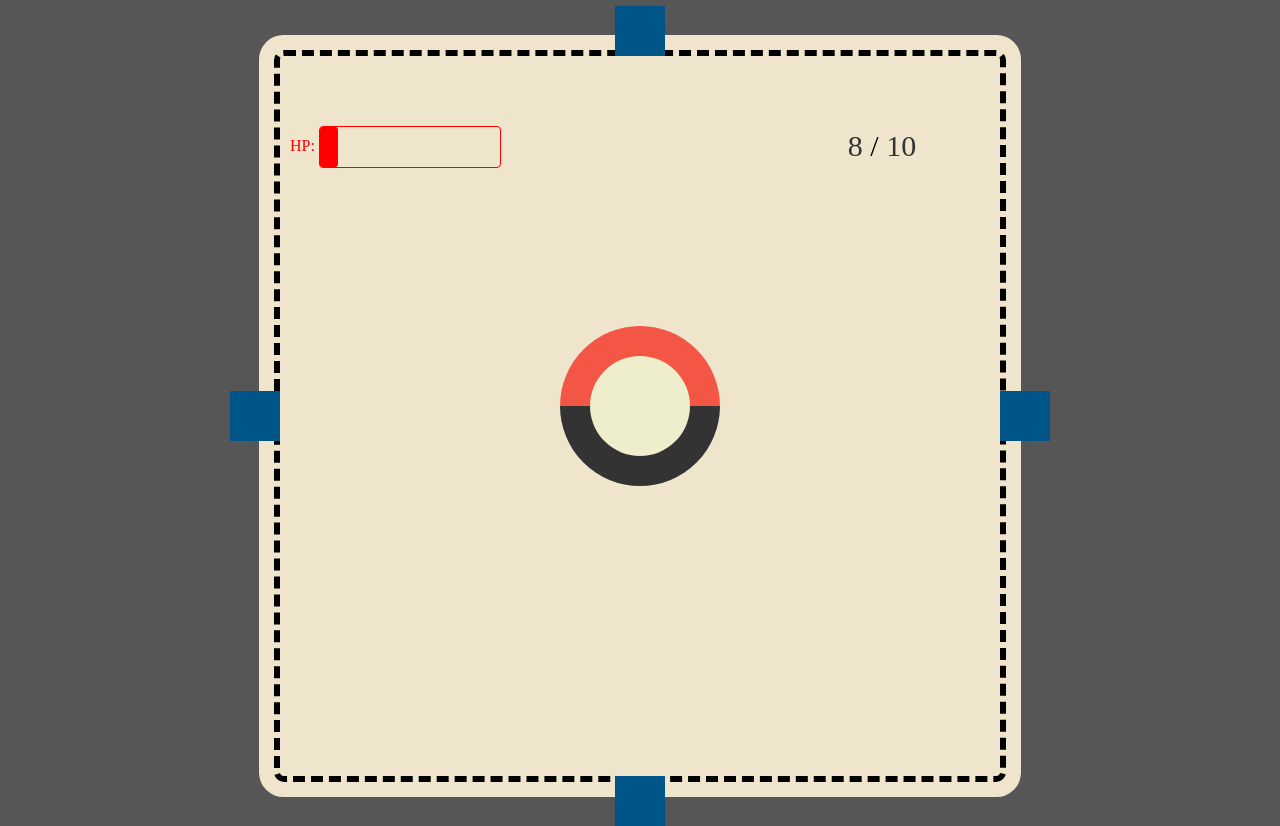
Repository: EEETA/ball-game
Page: theBall2/index.html
The author's editor kept a copy of each file at every save. The page is drawn from the files as they stood at one save, then again after the next save.
The browser window is 1280 px wide. The pictures show the whole page.
After loading, the first visible `button.start` was clicked once.

Above is the page before, as saved 2018-08-03 16:44:57.

### theBall2/index.html
<!DOCTYPE html>
<html lang="en">
<head>
    <meta charset="UTF-8">
    <title>theBall</title>
	<link rel="stylesheet" href="style/index.css">
    <script src="js/jquery-1.8.3.min.js"></script>
	<script src="js/jquery.rotate.min.js"></script>
</head>
<body>
    <section class="box">
        <!-- 旋转div -->
        <section class="ball ballZhuan">
            <div class="redPart_box">
                <div class="redPart"></div>
            </div>
            <div class="blackPart_box">
                <div class="blackPart"></div>
            </div>
            <div class="middlePart"></div>
        </section>
        <div class="ball2"></div>

        <section class="idx_pattern">
            <!-- 主界面-游戏模式 -->
        </section>
        <section class="idx_intro">
            <!-- 主界面-游戏玩法 -->
        </section>

        <section class="game_mask">
        <!-- 游戏界面-娱乐模式遮罩提示层 -->
        </section>
        <div class="arrow">
            <!-- 升级效果 -->
        </div>
        <section class="game_shootBox">
            <!-- 游戏界面-小球发射台 -->
        </section>
        <section class="game_fraction">
            <!-- 游戏界面-分数血量显示 -->
        </section>
        <section class="game_hanlder">
            <!-- 游戏界面-结束模块 -->
        </section>
    </div>

    <script src="data/data.js"></script>
    <script>
        const patternLen = pattern.length;
        const idxPattern = document.querySelector('.idx_pattern');
        const idxIntro = document.querySelector('.idx_intro');
        const gameShootBox = document.querySelector('.game_shootBox');
        const gameFraction = document.querySelector('.game_fraction');
        const gameHanlder = document.querySelector('.game_hanlder');
        const gameMask = document.querySelector('.game_mask');
        var my=[];
        /*主界面-游戏模式*/
        for(var i=0;i<patternLen;i++){
            let idxPatternMain=`<div class="playWrap">
                                    <div class="playTit"> ${pattern[i].patternName} </div>
                                    <div class="playIntroduce">
                                        <div class="playIntroduceTxt">1.通关条件 <span style="color:#EE8E4E"> ${pattern[i].explain.condition} </span></div>
                                        <div class="playIntroduceTxt">2. ${pattern[i].explain.produce} </div>
                                    </div>
                                    <button class="start">START</button>
                                </div>`
            idxPattern.innerHTML+=idxPatternMain;
        }
        /*主界面-游戏玩法*/
        let produceTxt=`<div class="introTxt">
                            <div>
                                1.按空格键/AD可旋转 <img src="img/img1.png" alt="" class="sizeOne">
                            </div>
                            <div>
                                2.当<img src="img/img2.png" alt="" class="sizeOne">掉落时,根据模式将 <img src="img/img1.png" alt="" class="sizeOne"> 旋转到对应的颜色即可得1分,反之<span style="color:red">HP-1</span>
                            </div>
                            <div>
                                3.进入游戏后，每个玩家血量为5,右上角为分数面板 <img src="img/img3.png" alt="" class="sizeTwo"> 左侧为当前分数,右侧为当前关卡上限,分数达到上限即可进入下一关
                            </div>
                        </div>
                        <button class="introTxtBtn">游戏玩法</button>`
        idxIntro.innerHTML=produceTxt;



        /*游戏界面-小球发射台*/
        let gameShootBoxMain=`  <div class="launcher launT">

                                </div>
                                <div class="launcher launB">

                                </div>
                                <div class="launcher launL">

                                </div>
                                <div class="launcher launR">

                                </div>`
        gameShootBox.innerHTML+=gameShootBoxMain;

        /*游戏界面-小球发射台*/
        // let gameShootBoxMain=`<div class="top div_middle">
        //                             <div class="div_middle"></div>
        //                         </div>
        //                         <div class="bottom div_middle">
        //                             <div class="div_middle"></div>
        //                         </div>
        //                         <div class="left div_middle">
        //                             <div class="div_middle"></div>
        //                         </div>
        //                         <div class="right div_middle">
        //                             <div class="div_middle"></div>
        //                         </div>`
        // gameShootBox.innerHTML+=gameShootBoxMain;


        /*游戏界面-分数血量显示*/
        let gameFractionMain=`<div class="life">HP:
                                    <div class="hp_div">
                                        <div class="hp_div_main"></div>
                                    </div>
                                </div>
                                <div class="fraction">
                                    <span class="fraction_left"></span>
                                    /
                                    <span class="fraction_right"></span>
                                </div>`
        gameFraction.innerHTML=gameFractionMain;
        /*游戏界面-结束模块*/
        let gameHanlderMain=`<div class="interface">
                                <div class="over">Game Over</div>
                                <div class="success">成功通关</div>
                            </div>
                            <div class="button_box">
                                <button class="button_left">再玩一次</button>
                                <button class="button_right">返回大厅</button>
                            </div>`
        gameHanlder.innerHTML=gameHanlderMain;
        /*游戏界面-娱乐模式遮罩提示层*/
        let gameMaskMain=`<div class="Mask_span">
                                <span>按A键向左转</span>
                                <span>按D键向右转</span>
                            </div>
                            <span class="Mask_p">- 按空格键继续 -</span>`
        gameMask.innerHTML=gameMaskMain;
    </script>
    <script src="js/index.js"></script>
    <script src="js/animation.js"></script>
</body>
</html>

### theBall2/style/index.css
@charset "UTF-8";
html{background: #565656;}
body{-webkit-user-select:none;-moz-user-select:none;-ms-user-select:none; user-select:none;}
input{border: none;outline: none;-webkit-tap-highlight-color: #000000;-webkit-tap-highlight-color: rgba(0, 0, 0, 0);}
button{outline: none;}

.box{
    position: relative;
    margin: 50px auto 0;
    /* overflow: hidden; */
    width: 1080px;
    height: 720px;
    background: #eee5cc;
    border: 6px dashed #000;
    box-shadow: 0 0 0 15px #eee5cc;
    border-radius: 10px;
}
/*两种小球制作*/
.ball{
    position: relative;
    width: 160px;
    height: 160px;
    margin:60px auto 0;
    /* transform:rotate(0deg);
    -ms-transform:rotate(0deg);
    -moz-transform:rotate(0deg);
    -webkit-transform:rotate(0deg);
    -o-transform:rotate(0deg); */
    opacity:1
}
.redPart_box,.blackPart_box{
    height: 50%;
    overflow:hidden;
}
.redPart,.blackPart{
    position: relative;
    height: 160px;
    width: 160px;
    border-radius:50%
}
.redPart{background: #f45646;}
.blackPart{background: #333;top:-100%}
/* .redPart{background: #ff9b9b;}
.blackPart{background: #2aa1a7;top:-100%} */
.middlePart{
    position: absolute;
    left: 30px;
    top: 30px;
    width: 100px;
    height:100px;
    border-radius: 50%;
    background:#eec;
}
.ballZhuan{
    animation-name:rotate;
    animation-iteration-count: infinite;
    animation-duration: 4s;
    animation-timing-function: linear;
}
@keyframes rotate{
    0%{
        transform:rotate(0deg)
    }
    100%{
         transform:rotate(360deg)
    }
}


.ball2{
    width: 0;
    height: 0;
    border-top:20px solid #f45646;
    border-bottom: 20px solid #333;
    border-left:20px solid #efa97a;
    border-right:20px solid #6dd3ce;
    border-width: 86px;
    position: absolute;
    top: calc(50% - 90px);
    left: calc(50% - 85px);
    opacity: 0;
    /* z-index: 10;
    transform:rotate(0deg); */
    border-radius: 50%;
}

/*小球发射*/
.launcher{
    position: absolute;
    margin: 0 auto;
    width: 50px;
    height: 50px;
    background: #058;
}
.launT{left: 0;right: 0;top: -50px;}
.launB{left: 0;right: 0;bottom: -50px;}
.launL{top: 50%;margin-top: -25px;left: -50px}
.launR{top: 50%;margin-top: -25px;right: -50px}
.launchBall{
    position: absolute;
    width: 100%;
    height:100%;
    background:#f45646;
    border-radius: 50%;
}


/*成功击中扩散动画*/
.ball_middle{
    height: 75px;
    width:75px;
    border-radius: 50%;
    background: #333;
    opacity:0.5;
    position: absolute;
    top: calc(50% - 37px);
    left:calc(50% - 37px);
}

.game_fraction{
    width: 100%;
    height: 80px;
    top:50px;
    position: absolute;
    display: none;
}
.life{width: 60%;height: 100%;display: inline-block;line-height: 80px;text-indent: 10px;color:#f00;}
.fraction{width: 30%;height: 100%;text-align: center;line-height: 80px;float: right;margin-right: 10px;font-size: 30px;}
.fraction span{color:#333;}
.firworks{width: 4px;height: 4px;position: absolute;border-radius: 50%}
.over,.success{position: absolute;top:43%;font-size: 60px;opacity:0;z-index: 30;width: 100%;text-align: center;}
.arrow{height: 300px;width: 500px;position: absolute;top: calc(50% - 150px);left: calc(50% - 250px);}
.arrow span{font-size: 30px;color: #333;position: absolute;left: calc(50% - 145px);top: 150px;opacity: 0;height: 100px;width: 300px;text-align: center;}
 .img{height:80px;width: 30px;position: absolute;}



.button_box{
    position: absolute;
    left:0;
    right:0;
    bottom:45px;
    margin:0 auto;
    width: 380px;
    display: none;
    opacity: 0;
}
.button_left,.button_right{
    height: 46px;
    width: 150px;
    background:#333;
    border-radius:3px;
    font-size: 24px;
    color:#fff;
    cursor:pointer;
    border:none;
}
.button_left:hover,.button_right:hover{background: #f45646;}
.button_left{float:left;}
.button_right{float:right;}


/************************************游戏玩法***********************************/
.introTxtBtn{
    position: absolute;
    bottom: 34px;
    font-size: 20px;
    cursor:pointer;
    z-index: 1000;
    left: calc(50% - 50px);
    height: 40px;
    width: 100px;
    text-align: center;
    line-height: 40px
}
.introTxtBtn:hover{
    background: #333;
    color: #fff;
}
.introTxt{
    width: 500px;
    height: 530px;
    left: calc(50% - 250px);
    top: calc(50% - 300px);
    line-height: 40px;
    background: #fff;
    border-radius: 5px;
    display: none;
    z-index: 1001;
    position: absolute;
}
.sizeOne,.sizeTwo{
    position:relative;
    top: 10px;
}
.sizeOne{width: 40px;}
.sizeTwo{width: 80px;}
.introTxt div{margin:30px auto;width: 90%;font-size: 24px}
.introTxt p{display: inline-block;}



.hp_div{display: inline-block;width: 180px;height: 40px;border:1px solid red;vertical-align:middle;border-radius: 4px;}
.hp_div_main{height: 100%;width: 100%;background: red;border-radius: 3px;}


.game_mask{
    display: none;
    position: absolute;
    width: 100%;
    height: 100%;
    top: 0;
    left: 0;
    background: rgba(51,51,51,.5);
    font-size: 30px;
    color: #fff;
    z-index: 1;
}
.Mask_span{
    position: absolute;
    top:calc(50% - 100px);
    opacity: 1;
    width: 100%;
    text-align: center;
    line-height: 100px;
}
.Mask_span span{
    display: block;
}
.Mask_p {
    position: absolute;
    bottom: 150px;
    width: 100%;
    text-align: center;
    font-size:40px;
    color: #000;
    animation-name:opacity;
    animation-iteration-count: infinite;
    animation-duration: 1.8s;
}
@keyframes opacity{
    0%{
        opacity:0
    }
    50%{
        opacity: 1
    }
    100%{
        opacity:0
    }
}


/*playFour*/
.idx_pattern{
    overflow:auto;
    position: relative;
    margin: 0 auto;
    width: 90%;
    margin-top: 90px;
}
.playWrap{
    overflow: hidden;
    position: relative;
    float:left;
    width: 32%;
    height: 280px;
    background:#fff;
    color:#333;
    border-top: 30px solid;
}
.playWrap:nth-child(2){margin: 0 2%;}
.playWrap:hover{
    background: rgba(255,255,255,.7)
}
.playTit{
    /* width: 100%; */
    border-bottom: 1px solid #000;
    font-size: 24px;
    line-height: 50px;
    text-indent: 10px;
}
.playIntroduce{
    font-size: 18px;
    text-align: left;
    line-height: 30px;
    margin: 0 auto;
    width: 94%;
}
.start{
    position:absolute;
    bottom:0;
    left:0;
    right:0;
    width: 200px;
    height: 46px;
    background: #EE8E4E;
    color: #fff;
    outline: none;
    margin: 0 auto 20px;
    cursor: pointer;
    border: none;
}
.start:hover{background: rgba(51,51,51,1)}

### theBall2/data/data.js

/*
patternName：模式名称
explain：游戏说明
condition：过关条件
produce：关卡介绍
tip：其他
*/
var pattern=[
    {
        patternName:'标准模式',
        explain:{
            condition:'100分',
            produce:'关卡为5个，得满100分即为通关',
            tip:''
        }
    },
    {
        patternName:'颠倒模式',
        explain:{
            condition:'60分',
            produce:'关卡为3个，小球撞击位置需与发球相反，游戏难度随得分增加',
            tip:''
        }
    },
    {
        patternName:'娱乐模式',
        explain:{
            condition:'无',
            produce:'关卡不限，游戏难度随得分增加',
            tip:''
        }
    }
]
var gameInit=[
    {
        hp:1,
        hp_box:10,
        fraction:0,
        toplimit:10,

    }
]
// var gameHanlder={
//     gameOver="Game Over",
//     gameSuccess="游戏通关",
// }

### theBall2/js/index.js



var time=new Date();/*时间差*/
var numList,
background,
hp,/*给予血量*/
hp_box,/*总血量*/
fail_hp,/*当前血量*/
fractionNow,/*现有得分*/
fractionNeed,/*升级需要得分*/
speed,
delayed,
direction,
interval,
negative,
numbox,
numList=0;
negative=0;
delayed=0;
interval=300;

const idxW=1080;/*主界面宽高*/
const idxH=720;
const gameW=720;/*游戏宽高*/
const gameH=720;
const ballFour=['#f45646','#333','#efa97a','#6dd3ce'];/*小球颜色*/

let patternNow;/*当前模式*/
let launchNum=2;/*默认发球为两个*/
let degree=-180;/*每次旋转的度数*/
let visited=false;/*是否进入过娱乐模式*/
let box=$('.ball');


const start=document.querySelectorAll('.start');


window.onload=function(){
    $('.ball').addClass("ballZhuan");
    $(".introTxtBtn").mouseover(function(){$('.introTxt').stop().fadeIn(400);})
	$(".introTxtBtn").mouseout(function(){$('.introTxt').stop().fadeOut(400);})
    choose();
}

function choose(){//进入对应模式
	for(let i=0;i<start.length;i++){
        start[i].onclick=function(){
            $('.idx_pattern').fadeOut(300);
            $('.introTxtBtn').fadeOut(300);
            patternNow=i;/*存储模式*/
            initInfo(patternNow);


            /*小球位置及角度就绪*/
            // $('.ball').animate({top:'210px'},500,function(){
            //     $(this).removeClass("ballZhuan");
            //     if(patternNow!=2){
            //         $(this).rotate({animateTo:-180,duration:600});/*这一步尤为重要，得分是在-180°上去迭代完成的，角度不转会十分生硬*/
            //         numList=-180;
            //         setTimeout(function(){
            //             appendball(patternNow);
            //         },1200)
            //     }
            //     else if(patternNow==2){
            //         rotate_transition(".ball",".ball2");
            //         if(!visited){
            //             $('.game_mask').fadeIn(300);
            //         }else{
            //             setTimeout(function(){
            //                 appendball(patternNow);
            //             },1200)
            //         }
            //     }
            // })
        }
	}
}

function initInfo(patternNow){
    hp=1;
    hp_box=10;
    fail_hp=hp*100/hp_box;
    fractionNow=8;
    if(!patternNow){fractionNeed=10;}
    else{fractionNeed="∞";}
    speed=1400;

    /*颠倒模式互换颜色*/
	if(patternNow==1){
		$('.redPart').css('background','#333');
		$('.blackPart').css('background','#f45646');
    }

	if(patternNow==2){
		speed=2000;
	    numList=-360;
	    launchNum=4;
	    degree=-90;
		// delayed=1100;
	}
	if(patternNow==2&&visited==true){
		box.rotate({
            animateTo:degree,
            duration:450,
        });
	}
    $('.fraction_left').html(fractionNow);
    $('.fraction_right').html(fractionNeed);
    $('.hp_div_main').animate({width:fail_hp+"%"});

    box_animation(gameW,gameH,500);
    $('.game_fraction').fadeIn(500);

    $('.ball').animate({top:'210px'},500,function(){
        $(this).removeClass("ballZhuan");

    })
}

/*关卡设置*/
// function levelUp(patternNow){
// 	if(patternNow==0 || patternNow==2){
// 		if(fractionNow%10==0){
// 	        callarrow("速度加快");
// 			speed-=100;
// 	        delayed=1100;
// 		}
// 	}
// 	if(patternNow==1){
// 		if(fractionNow==10){
// 	        callarrow("速度加快");
// 	        speed-=200;
// 	        fractionNeed=30;
// 	        delayed=1100;
// 		}
// 	    if(fractionNow==30){
// 	        callarrow("lalala");
// 	        speed-=100;
// 	        fractionNeed=50;
// 	        delayed=1100;
// 	    }
// 	}
// }

function appendball(patternNow){  //生成小球
    if(hp<=0){
        $('.over').animate({opacity:1},600,function(){
            $('.button_box').css('display','block');
            $('.button_box').animate({opacity:1},800)});
        return;
    }
	if(patternNow==1&&fractionNow==50){
        $('.success').animate({opacity:1},600,function(){
	            $('.button_box').css('display','block')
	            $('.button_box').animate({opacity:1},800)
	        });
	    return;
    }
    if(patternNow==2){
	    box=$('.ball2');
	    return;
    }

	// levelUp(patternNow);
    // $('.fraction_right').html(fractionNeed);
    /*需要两个控制随机，否则发球颜色和发射器顺序会固定*/
    let chooseColor=parseInt(Math.random()*launchNum);/*随机选择颜色*/
    let chooseBox=parseInt(Math.random()*launchNum);/*随机放到各发射器中*/

    $('<div class="launchBall" style="background:'+ballFour[chooseColor]+';"></div>').appendTo($('.launcher')[chooseBox]);
    var this_ball=$('.launchBall');
    setTimeout(function(){ballmove(this_ball,chooseBox,patternNow)},delayed);
}

/*小球运动*/
function ballmove(this_ball,box_num,patternNow){
    delayed=0;
    box_num < 2 ? (box_num==0 ? range=350 : range=-350) : (box_num==2 ? range=350 : range=-350);
    box_num < 2 ? direction='top' : direction='left';
    this_ball.animate(
        {[direction]:""+range+"px"},
        {duration:speed,
         easing:'linear',    // easing:'linear' 匀速直线运动
            progress:function(){
                var this_height=Math.floor($(this).offset().top)+$(this).height();
                var this_width=Math.floor($(this).offset().left)+$(this).width();
                var box_top=box.offset().top;
                var box_left=box.offset().left;
                var box_height=box.offset().top+box.height();
                var box_width=box.offset().left+box.width();

                if(launchNum == 2){ //两个方向
                    if(box_num < 2){  //上下
                        if(range==350){  //向下
                            if(this_height>=box_top+2){
                                movejudge(this,-270,-0,-90,-180,4,patternNow);
                            }
                        }else if(range==-350){  //向上
                            if($(this).offset().top<=box_height){
                                movejudge(this,-90,-180,-270,-0,4,patternNow);
                            }
                        }
                     }
                }
                else if(launchNum==4){ //四个方向
                    if(box_num < 2){  //上下
                        if(range==350){  //向下
                            if(this_height>=box_top+2){
                                 movejudge(this,-270,-0,-90,-180,5,patternNow);
                            }
                        }else if(range==-350){  //向上
                            if($(this).offset().top<=box_height+170){
                                 movejudge(this,-90,-180,-270,-0,5,patternNow);
                            }
                        }
                    } else if(box_num >= 2){   //左右
                        if(range==350){    //向右
                            if(this_width>=box_left+2){
                                movejudge(this,-0,-90,-180,-270,5,patternNow);
                            }
                        }else if(range==-350){  //向左
                            if(this_width <= box_width+218){
                                 movejudge(this,-180,-270,-0,-90,5,patternNow);
                            }
                        }
                    }
                }
            }
        }
    )
}


document.addEventListener('keydown',ballPlay,false);
function ballPlay(){
    if(launchNum==2&&event.keyCode==32){//只有两种颜色
        if(new Date()-time>interval){
            numList+=degree;
            box.rotate({
                animateTo:numList,
                duration:450,
            });
            time=new Date();
        }
    }
    else if(launchNum==4){  //四钟颜色
        // if(event.keyCode==32 && visited==false){   //遮罩按空格
        //     visited=true;
        //     $('.game_mask').fadeOut(300);
	    //   	appendball();
        // }
        if(event.keyCode==65){   //左
            numList+=degree;
            negative=numList;
            if(numList>0){   //度数往右转 度数变为正数时
                if(numList%360==90 || numList%360==270){
                    negative=-numList-180;
                }
                if(numList%360==0 || numList%360==180){
                    negative=-negative
                }
            }
            box.rotate({
                    animateTo: numList,
                    duration:340,
            });
        }
        if(event.keyCode==68){  //右
            numList-=degree;
            if(numList<0) negative+=degree;
            if(numList>0) {
                if(numList%360==0 || numList%360==180){
                    negative=-numList;
                }
                if(numList%360==90 || numList%360==270){
                    negative=-numList-180;
                }
            };
            box.rotate({
                    animateTo: numList,
                    duration:340,
            });
        }
  	}
}

/*再玩一次&&返回主界面*/
const buttonLeft=document.querySelector('.button_left');
const buttonRight=document.querySelector('.button_right');
buttonLeft.addEventListener('click',playAgain,false)
buttonRight.addEventListener('click',backIdx,false)
function playAgain(){
    $('.over,.success,.button_box').animate({opacity:0},200);
    $('.button_box').css('display','none');

    initInfo(patternNow);
    setTimeout(function(){
        appendball(patternNow);
    },1200)
}
function backIdx(){
    box_animation(idxH,idxW,500);
	degree=-180;
	negative=0;
	speed=1200;
    numList=0;
	delayed=0;
	// num_number=2;
	launchNum=2;
	$('.blackPart').css('background','#333');
	$('.redPart').css('background','#f45646');
    rotate_transition(".ball2",".ball");
	box=$('.ball');

   	$('.game_fraction').fadeOut(300);
    $('.button_box').css('display','none');
    $('.over,.success').animate({opacity:0},100);
    $('.ball').animate({top:'0px'},500,function(){
        $(this).addClass("ballZhuan");
	})
	setTimeout(function(){
		$('.introTxtBtn').fadeIn(300);
		$('.idx_pattern').fadeIn(300);
   	},800)
}

Loaded but not shown: theBall2/js/jquery-1.8.3.min.js (library); theBall2/js/jquery.rotate.min.js (library); theBall2/js/animation.js (158 lines, source omitted)

After the next save:
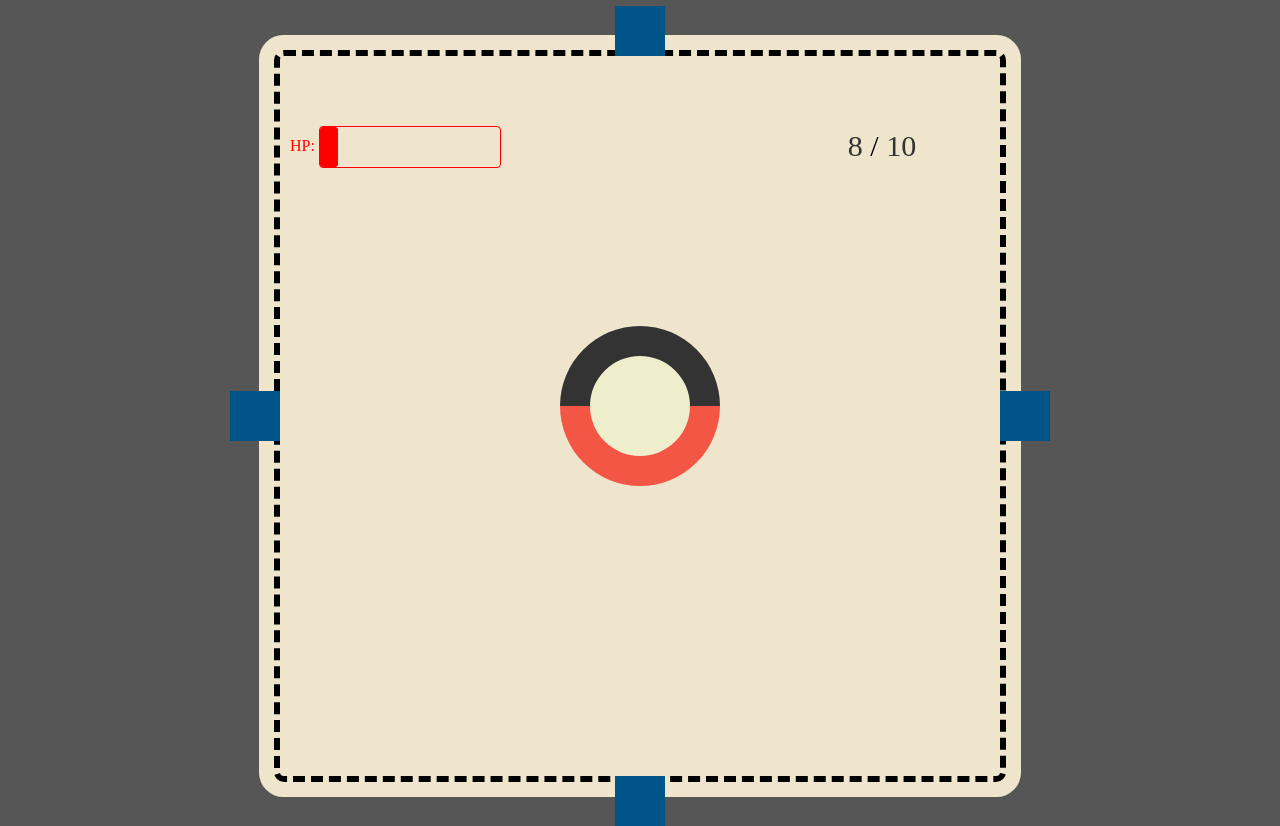
Saved 83 s later.
--- a/theBall2/js/index.js
+++ b/theBall2/js/index.js
@@ -114,7 +114,10 @@ function initInfo(patternNow){
 
     $('.ball').animate({top:'210px'},500,function(){
         $(this).removeClass("ballZhuan");
-
+        if(patternNow!=2){
+            $(this).rotate({animateTo:-180,duration:600});/*这一步尤为重要，得分是在-180°上去迭代完成的，角度不转会十分生硬*/
+            numList=-180;
+        }
     })
 }
 
